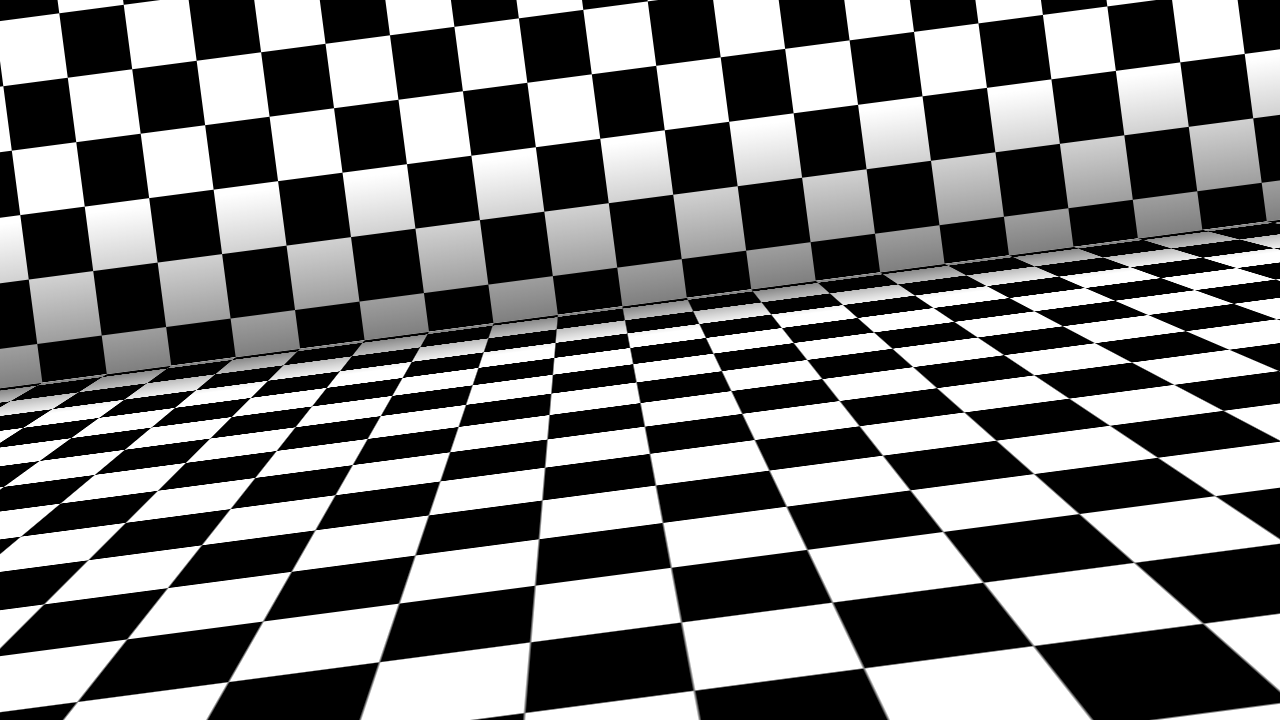
Repository: atwesson/portfoilo
Page: index.html
These files come from the project's save history. The page is drawn as it stood at one moment and after a run of saves; the edit follows.
The browser window is 1280 px wide. The pictures show the whole page.

Above is the page before, as saved 2021-11-17 10:33:49.

After the next 2 saves:
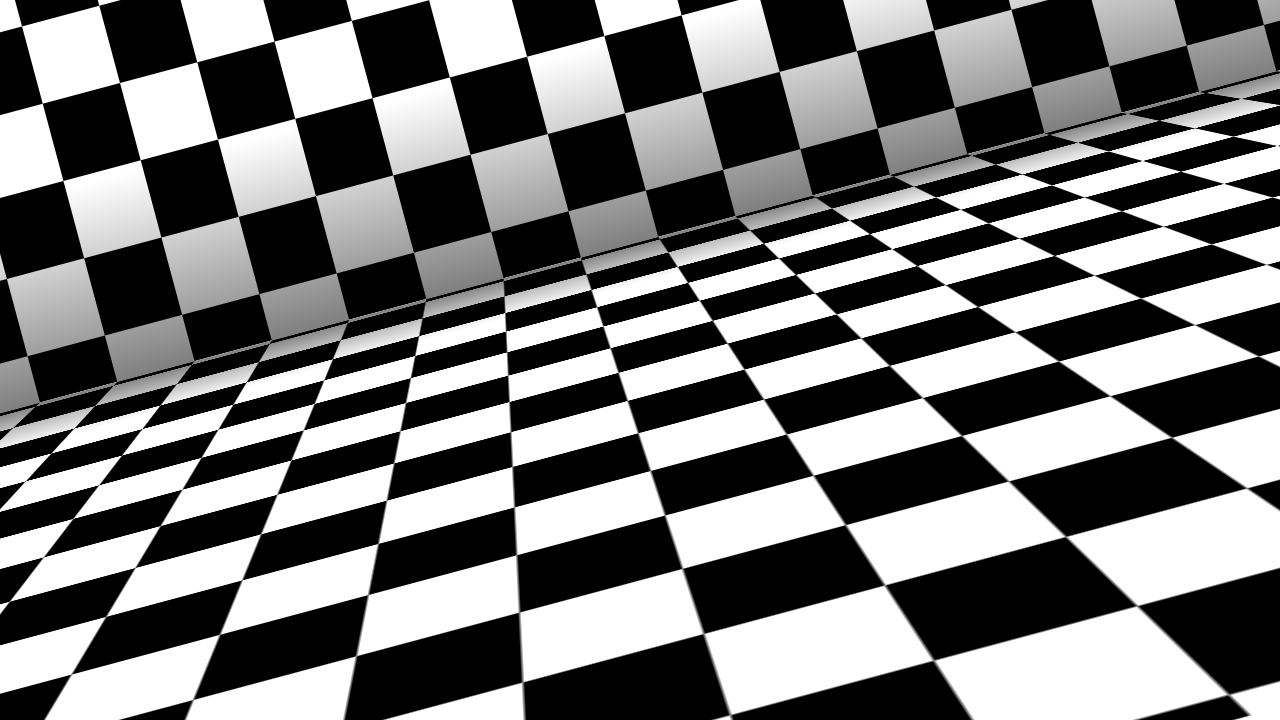
The 2 saves are shown as one change because they came seconds apart.
The last was saved 34 s later.
--- a/style.css
+++ b/style.css
@@ -20,7 +20,7 @@ section{
     animation: animateBg 10s ease-in-out infinite;
 }
 @keyframes animateBg{
-    0%{
+    0%, 100%{
         transform: scale(1.6) rotate(-15deg);
     }
 }
